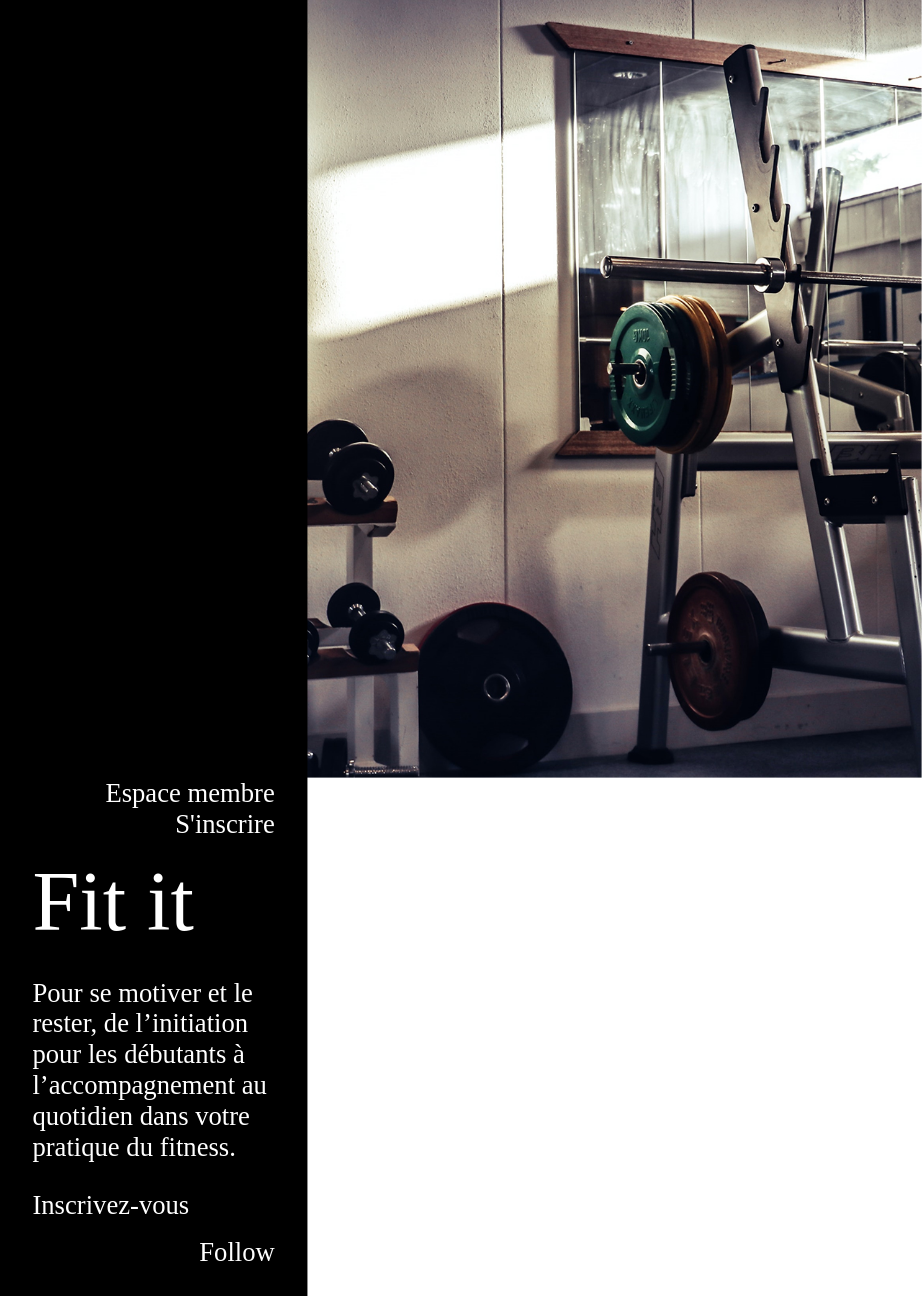
Repository: Mini-T/php-propre
Page: http://localhost/
The author's editor kept a copy of each file at every save. The page is drawn from the files as they stood at one save, then again after the next save.
The browser window is 1280 px wide. The pictures show the whole page, at 72% of full size.
The page is run by PHP 8.4 with error messages shown; the project is at /var/www/html/.

Above is the page before, as saved 2021-03-25 11:01:18.

After the next save:
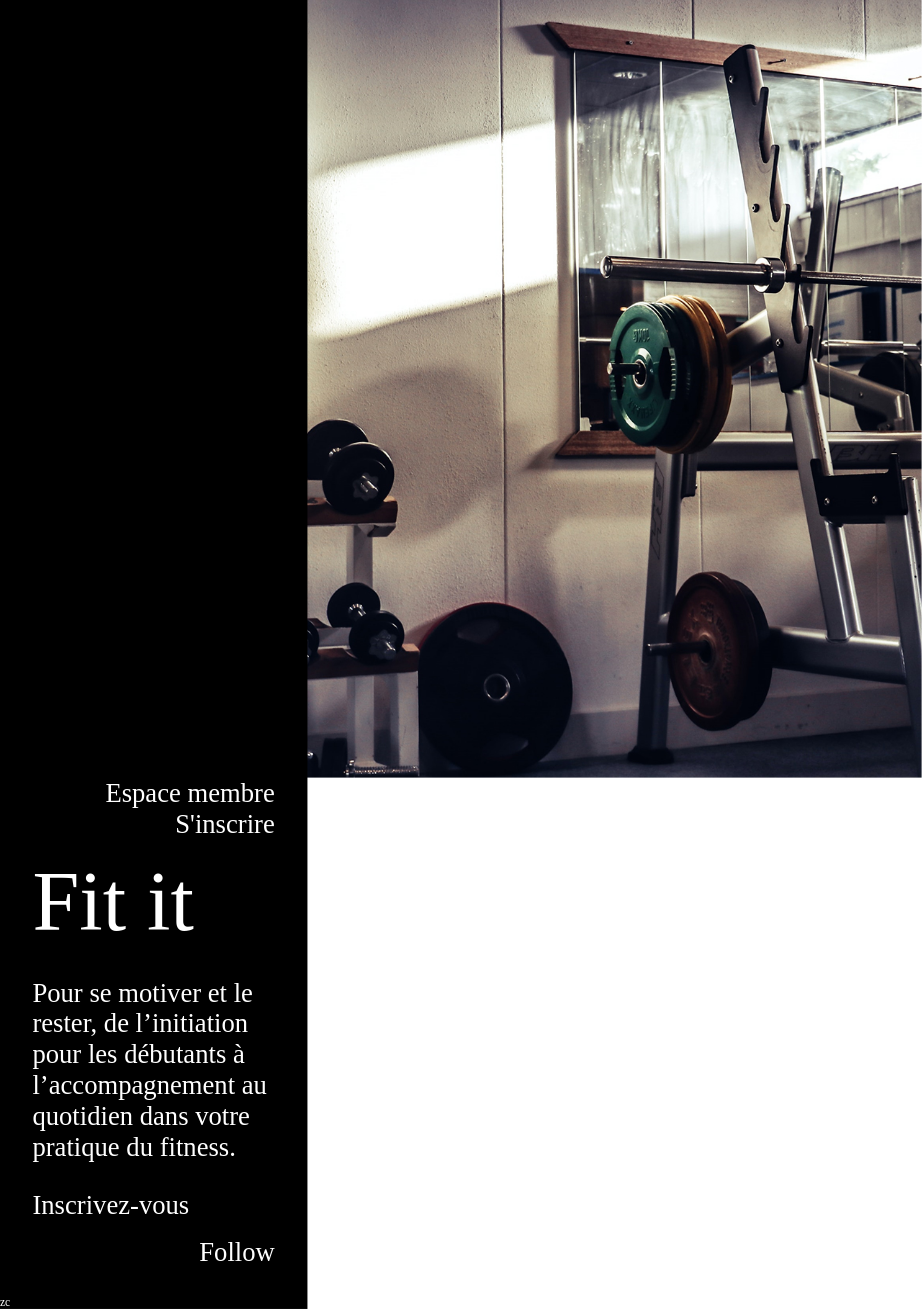
Saved 12 s later.
--- a/Partiel/index.php
+++ b/Partiel/index.php
@@ -29,7 +29,7 @@
                         <a href="#" class="text">Inscrivez-vous</a>
                     </div>
                     <div id="row3"><a href="" class="text" id="follow">Follow</a></div>
-                </div>
+                </div>zc
             </div>
         </header>
 

After the save that followed:
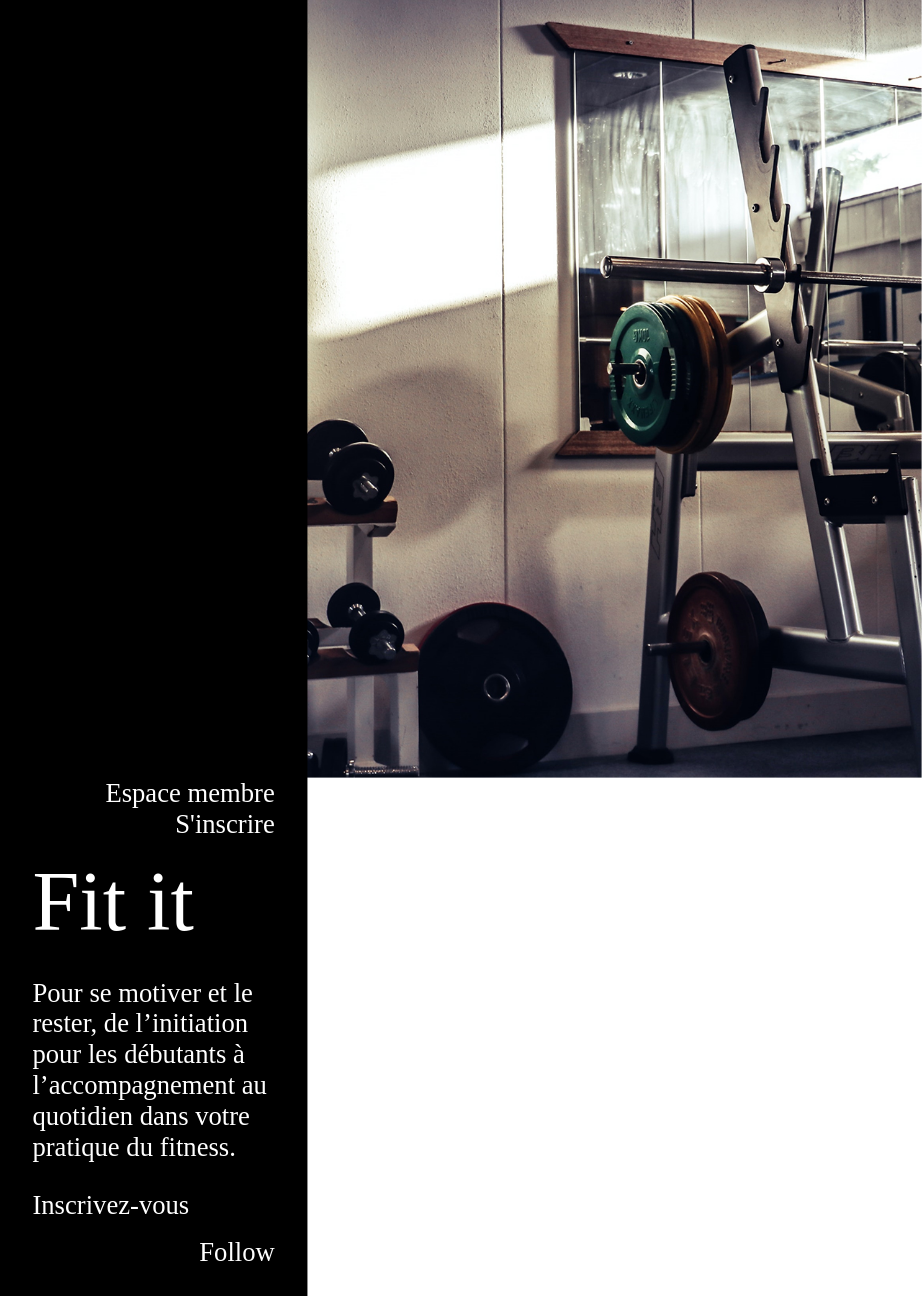
Saved 18 s later.
--- a/Partiel/index.php
+++ b/Partiel/index.php
@@ -29,7 +29,7 @@
                         <a href="#" class="text">Inscrivez-vous</a>
                     </div>
                     <div id="row3"><a href="" class="text" id="follow">Follow</a></div>
-                </div>zc
+                </div>
             </div>
         </header>
 
